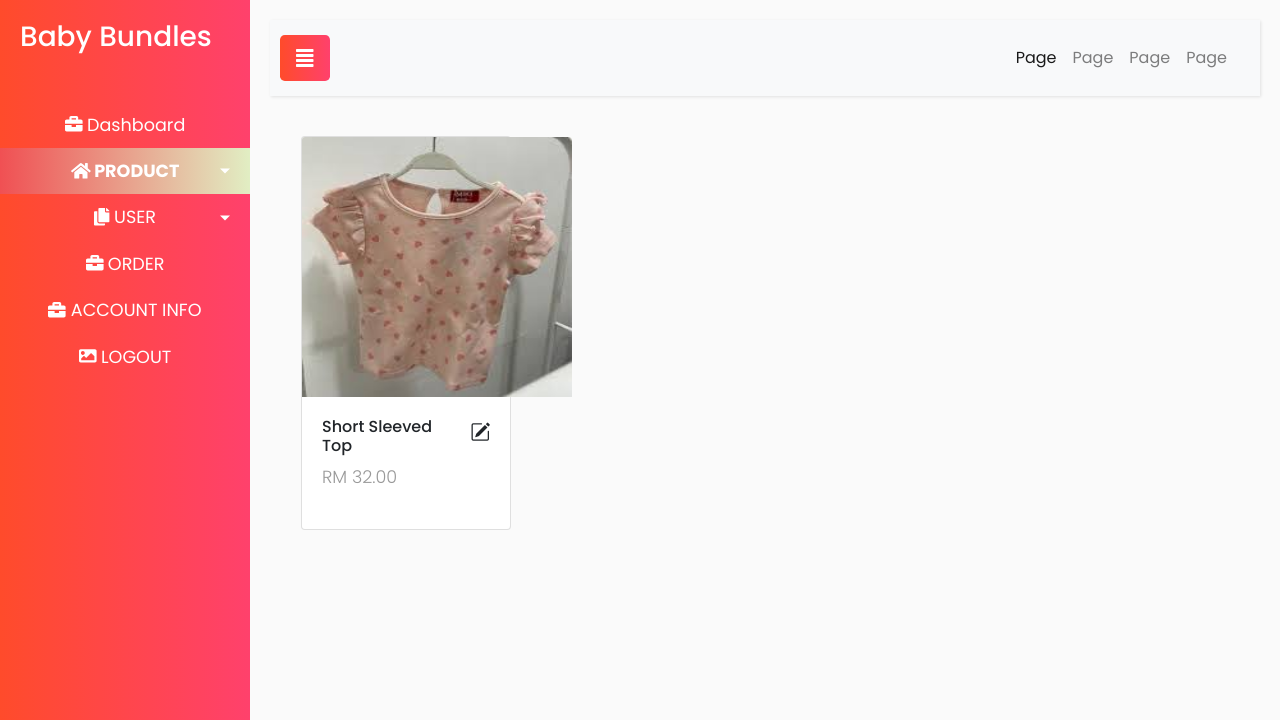
Repository: jiahow99/Baby-Bundles-University
Page: http://localhost/admin.php
An editor plug-in stored every save of this project. The page is shown before and after the next save, followed by the edit.
The browser window is 1280 px wide. The pictures show the whole page.
Some web libraries are served in a nearby version. The page is run by PHP 8.4 with error messages shown; the project is at /var/www/html/. Queries for data that is not in the repository find no rows.

Above is the page before, as saved 2022-11-24 17:55:52.

After the next save:
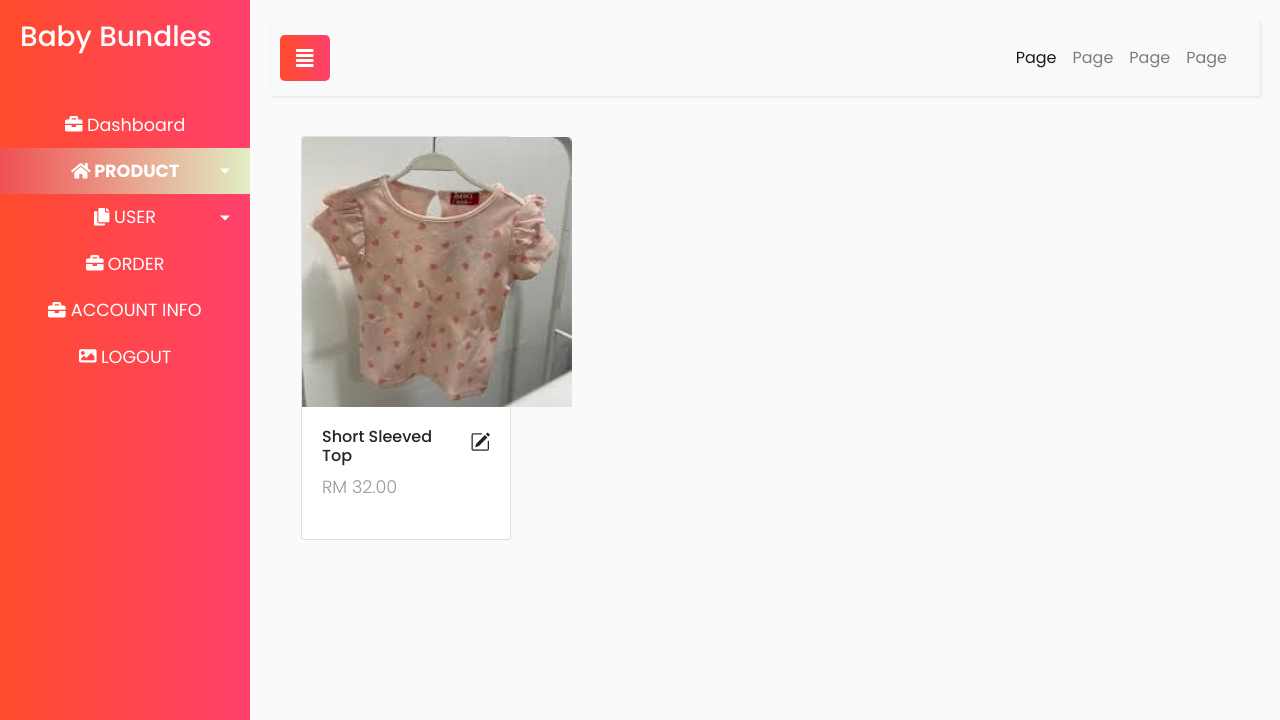
Saved 6 s later.
--- a/admin.php
+++ b/admin.php
@@ -164,7 +164,7 @@
                 <div class="col-3">
                     <!-- Product card -->
                     <a href="#" class="card">
-                        <img class="card-img-top" src="img/top/top08.jpg" style="width:270px;height:260px;">
+                        <img class="card-img-top" src="img/top/top08.jpg" style="width:270px;height:270px;">
                         <div class="card-body">
                             <div class="row">
                                 <!-- Title and Price -->
